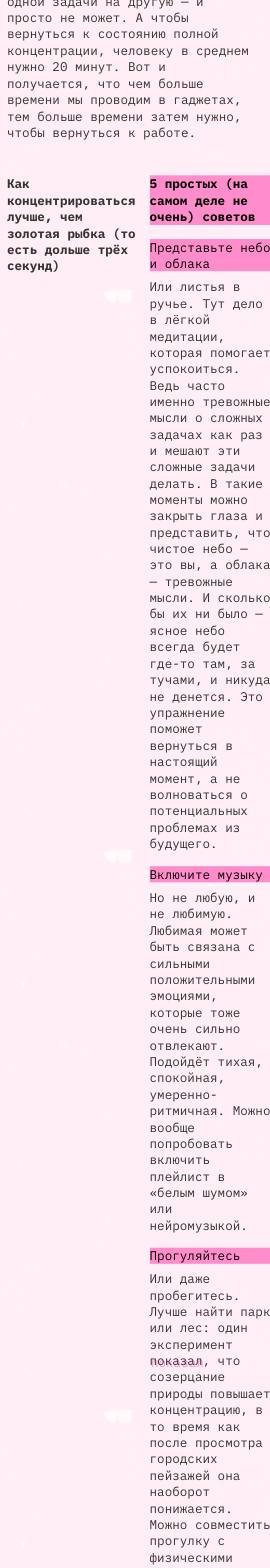
Repository: Hadoooouken/slozhno-sosredotochitsya
Page: index.html
The author's editor kept a copy of each file at every save. The page is drawn from the files as they stood at one save, then again after the next save.
The browser window is 375 px wide. The page is 386 px wide, then 375 px, so the pictures cover 386 px, including what lies to the right of the window. The pictures show the part of the page from y = 2759 to 4999 px (the page is 7591 px tall before and 6023 px after), at 70% of full size.
Backgrounds fixed to the window are drawn as part of the page.

Above is the page before, as saved 2024-01-24 22:01:56.

After the next save:
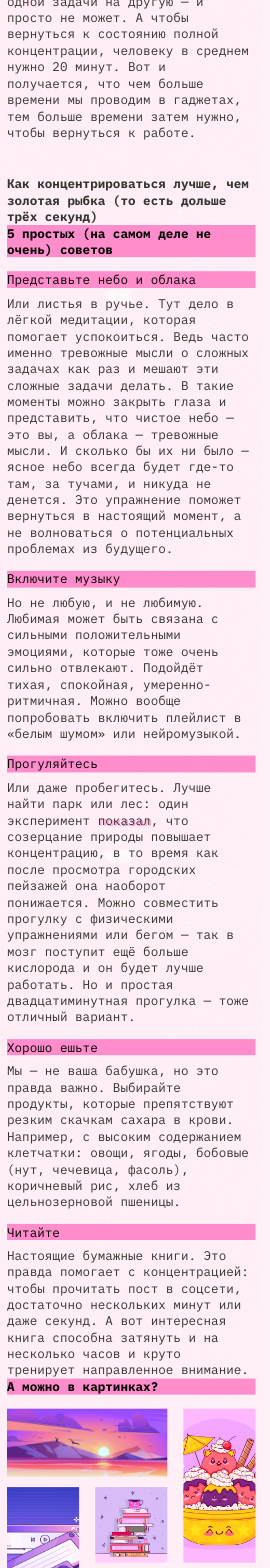
Saved 5 s later.
--- a/styles/style.css
+++ b/styles/style.css
@@ -409,6 +409,10 @@
 
   .how__block {
    padding-top: 50px;
+   grid-template-columns: auto;
+  grid-template-rows: auto;
+  grid-column-gap: 10px;
+  display: inline-block;
   }
 
   .section__title {
